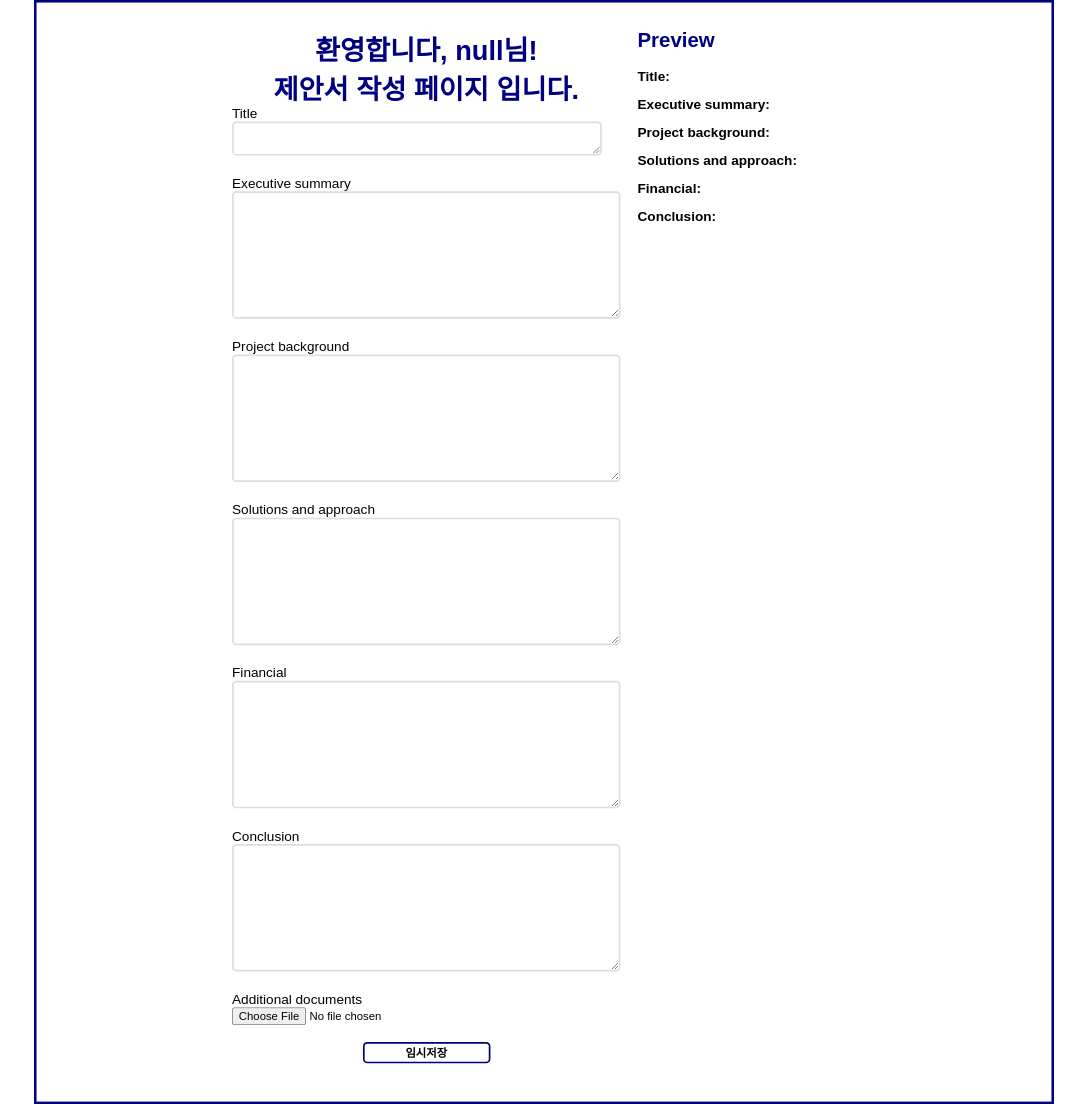
Repository: leeboseok/proposal-board
Page: http://localhost/ProposalSys/create.jsp
An editor plug-in stored every save of this project. The page is shown before and after the next save, followed by the edit.
The browser window is 1280 px wide. The pictures show the whole page, at 85% of full size.
The page is served by Tomcat 9. Other server files are loaded and not shown.

Above is the page before, as saved 2024-07-31 13:31:25.

### ProposalSys/src/main/webapp/create.jsp
<%@ page language="java" contentType="text/html; charset=utf-8" pageEncoding="utf-8"%>
<!DOCTYPE html>
<html lang="ko">
<head>
    <meta charset="UTF-8">
    <title>Write Page</title>
    <style>
    	html, body {
		    height: 100%;
		    margin: 0;
		    font-family: Arial, sans-serif;
		}

		html {
		    background-size: cover;
		    background-position: center;
		    background-repeat: no-repeat;
		}

		#wrap {
		    display: flex;
		    justify-content: space-between;
		    max-width: 1200px;
		    margin: 0 auto;
		    border: 3px solid navy;
		    padding: 30px;
		    box-sizing: border-box;
		    background-color: rgba(255, 255, 255, 0.8); /* 반투명 배경으로 내용이 강조됨 */
		}

		#logo {
		    width: 200px;
		    margin: 0 auto;
		}

		h1 {
		    margin: 0;
		    text-align: center;
		    color: navy;
		    font-size: 2rem;
		}

		input[type="submit"] {
		    width: 150px;
		    display: block;
		    margin: 15px auto;
		    background-color: white;
		    font-weight: 600;
		    border: 2px solid navy;
		    border-radius: 5px;
		    cursor: pointer;
		    transition: background-color 0.3s, color 0.3s;
		}

		input[type="submit"]:hover {
		    background-color: navy;
		    color: white;
		}

		textarea {
		    width: 100%;
		    border: 2px solid #ddd;
		    border-radius: 5px;
		    padding: 10px;
		    box-sizing: border-box;
		    font-size: 16px;
		    resize: vertical;
		}

		.input-size {
		    height: 150px;
		    margin-bottom: 20px;
		}

		.small-input {
		    width: calc(100% - 22px); /* 22px는 padding과 border를 고려 */
		    height: 40px;
		    margin-bottom: 20px;
		    font-size: 16px;
		}

		.div_input {
		    flex: 1;
		}

		.div_preview {
		    flex: 1;
		    padding-left: 20px;
		}

		.div_preview h2 {
		    color: navy;
		    margin-top: 0;
		}

		.div_preview div {
		    margin-bottom: 15px;
		}

		.attachmentButton {
		    display: block;
		    margin-bottom: 20px;
		}
    </style>
    <script>
        function updatePreview() {
            document.getElementById('previewTitle').innerText = document.querySelector('textarea[name="title"]').value;
            document.getElementById('previewExecutiveSummary').innerText = document.querySelector('textarea[name="summary"]').value;
            document.getElementById('previewProjectBackground').innerText = document.querySelector('textarea[name="background"]').value;
            document.getElementById('previewSolutionsAndApproach').innerText = document.querySelector('textarea[name="solution"]').value;
            document.getElementById('previewFinancial').innerText = document.querySelector('textarea[name="financial"]').value;
            document.getElementById('previewConclusion').innerText = document.querySelector('textarea[name="conclusion"]').value;
        }
        window.onload = function() {
            document.querySelectorAll('.div_input textarea').forEach(input => {
                input.addEventListener('input', updatePreview);
            });
        }
    </script>
</head>
<body>
    <div id="wrap">
        <div id="logo">
        </div>
        <div class="div_input"> <!--여기는 유저가 제안서를 작성하는 파트 입니다.-->
            <form method="post" action="createprogress.jsp">
            	<% String test=(String)session.getAttribute("fn"); %>
            	<h1>환영합니다, <%= test %>님!</h1>
                <h1>제안서 작성 페이지 입니다.</h1>
                <div>
                    <div>Title</div>
                    <textarea name="title" class="small-input"></textarea>
                    <div>Executive summary</div>
                    <textarea class="input-size" name="summary"></textarea>
                    <div>Project background</div>
                    <textarea class="input-size" name="background"></textarea>
                    <div>Solutions and approach</div>
                    <textarea class="input-size" name="solution"></textarea>
                    <div>Financial</div>
                    <textarea class="input-size" name="financial"></textarea>
                    <div>Conclusion</div>
                    <textarea class="input-size" name="conclusion"></textarea>
                    <div>Additional documents</div>
                    <input type="file" name="documents" class="attachmentButton">
                    <input type="submit" value="임시저장">
                </div>
            </form>
        </div>
        <div class="div_preview"><!--여기는 유저가 작성한 실시간 미리보기영역 입니다.-->
            <h2>Preview</h2>
            <div><strong>Title:</strong> <span id="previewTitle"></span></div>
            <div><strong>Executive summary:</strong> <span id="previewExecutiveSummary"></span></div>
            <div><strong>Project background:</strong> <span id="previewProjectBackground"></span></div>
            <div><strong>Solutions and approach:</strong> <span id="previewSolutionsAndApproach"></span></div>
            <div><strong>Financial:</strong> <span id="previewFinancial"></span></div>
            <div><strong>Conclusion:</strong> <span id="previewConclusion"></span></div>
        </div>
    </div>
</body>
</html>

After the next save:
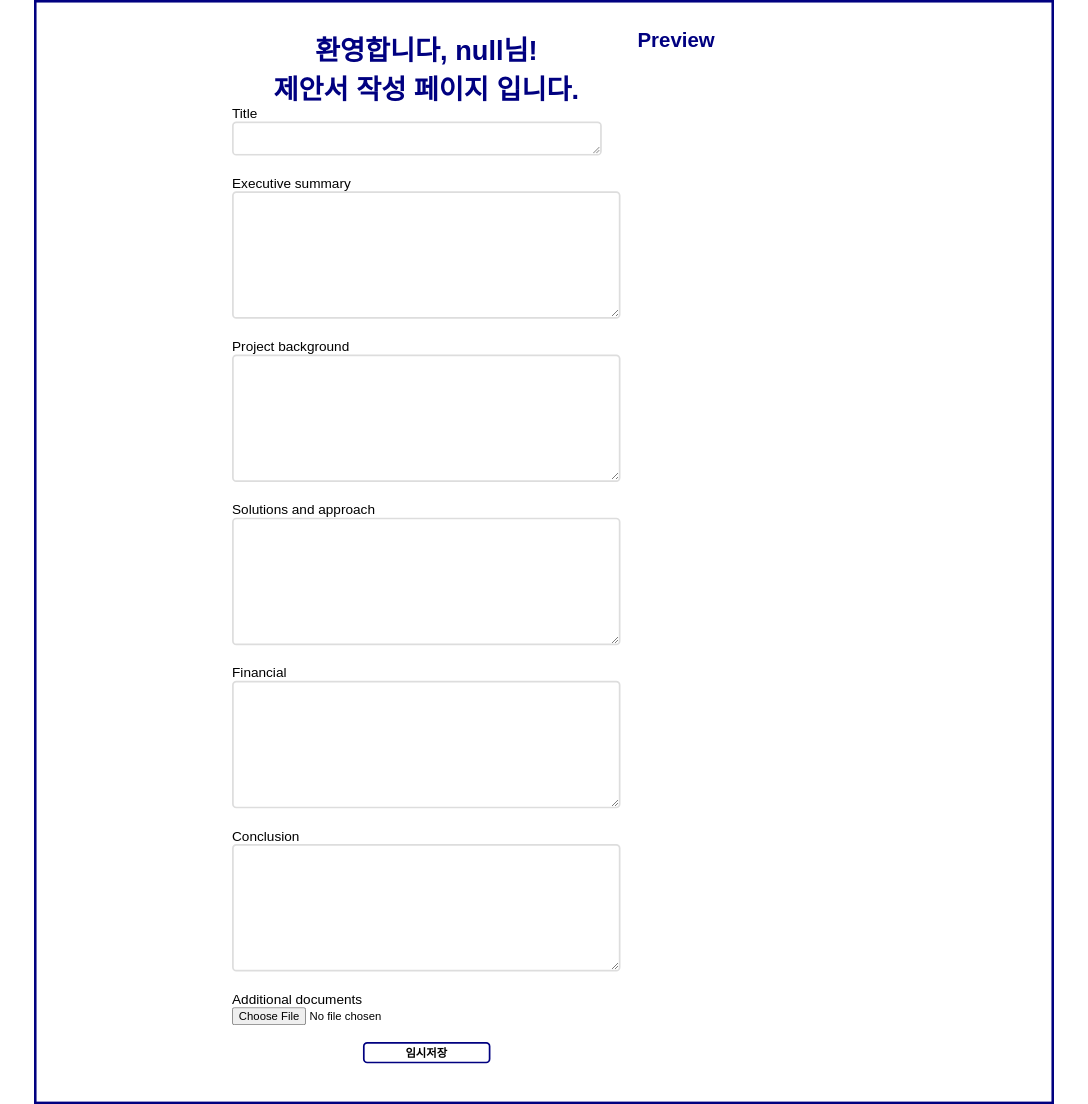
Saved 53 min 19 s later.
--- a/ProposalSys/src/main/webapp/create.jsp
+++ b/ProposalSys/src/main/webapp/create.jsp
@@ -148,12 +148,12 @@
         </div>
         <div class="div_preview"><!--여기는 유저가 작성한 실시간 미리보기영역 입니다.-->
             <h2>Preview</h2>
-            <div><strong>Title:</strong> <span id="previewTitle"></span></div>
-            <div><strong>Executive summary:</strong> <span id="previewExecutiveSummary"></span></div>
-            <div><strong>Project background:</strong> <span id="previewProjectBackground"></span></div>
-            <div><strong>Solutions and approach:</strong> <span id="previewSolutionsAndApproach"></span></div>
-            <div><strong>Financial:</strong> <span id="previewFinancial"></span></div>
-            <div><strong>Conclusion:</strong> <span id="previewConclusion"></span></div>
+            <div><span id="previewTitle"></span></div>
+            <div><span id="previewExecutiveSummary"></span></div>
+            <div><span id="previewProjectBackground"></span></div>
+            <div><span id="previewSolutionsAndApproach"></span></div>
+            <div><span id="previewFinancial"></span></div>
+            <div><span id="previewConclusion"></span></div>
         </div>
     </div>
 </body>
